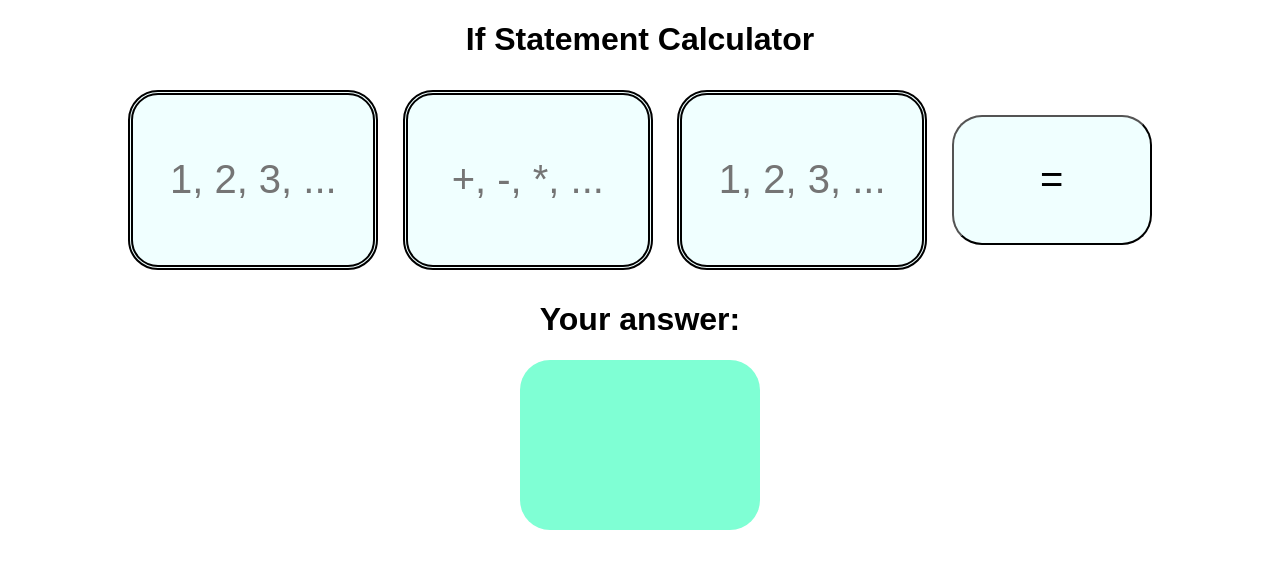
Repository: WesleyErasmus/threeInputCalculator
Page: html/if-calculator.html
These files come from the project's save history. The page is drawn as it stood at one moment and after the next save; the edit follows.
The browser window is 1280 px wide. The pictures show the whole page.

Above is the page before, as saved 2022-04-27 22:23:47.

### html/if-calculator.html
<!DOCTYPE html>
<html lang="en">
<head>
    <meta charset="UTF-8">
    <meta http-equiv="X-UA-Compatible" content="IE=edge">
    <meta name="viewport" content="width=device-width, initial-scale=1.0">
    <title>JS If Calculator</title>
    <link rel="stylesheet" href="/css/stylesheet.css">
    <script src="/js/if-calculator.js"></script>

</head>
<body>

<center>
    <form onsubmit="return false;">
        <h1>If Statement Calculator</h1>
        <!-- <div class="inputField"> -->
        <!-- <label for="input1">Enter a number</label> -->
         <input id="input1" type="text" name = "input1" placeholder="1, 2, 3, ..."> <!-- input-1 -->
        </div>
        <!-- <div class="inputField"> -->
         <!-- <label for="input3">Enter operator</label> -->
         <input id="input3" type="text" name = "input3" placeholder="+, -, *, ..."> <!-- input-3 (operator) -->
        </div>
        <!-- <div class="inputField"> -->
         <!-- <label for="input2">Enter a number </label> -->
         <input id="input2" type="text" name = "input2" placeholder="1, 2, 3, ..."> <!-- input-2 -->
        </div>
         <button onclick="sum()">=</button>
         <h1>Your answer:</h1>
         <p id="output"></p>
    </form>
</center>
</body>
</html>

### css/stylesheet.css
body {
font-family: sans-serif;
}
form {
display: block;
margin: 0 auto;
}
input {
    background-color: azure;
    width: 200px;
    height: 130px;
    padding: 20px;
    margin: 10px;
    text-align: center;
    font-size: 40px;
    border-radius: 30px;
    border: 5px solid;
    border-style: double;
}
button {
    background-color: azure;
    width: 200px;
    height: 130px;
    padding: 0;
    margin: 10px;
    font-size: 40px;
    border-radius: 30px;
}
p {
    text-align: center !important;
    vertical-align: middle !important;
    margin: 10px;
    width: 200px;
    height: 130px;
    padding: 20px;
    font-size: 75px;
    border-radius: 30px;
    background-color: aquamarine;
}

### js/if-calculator.js
function sum() {
const num1 = document.getElementById("input1").value;
const num2 = document.getElementById("input2").value;
const operator = document.getElementById("input3").value;
const output = document.getElementById("output").value;
  let answer;
  document.getElementById("output").value;
  if (operator == '+') {
    answer = +num1 + +num2;
    document.getElementById("output").innerHTML = answer;
  } else if (operator == '-') {
    answer = num1 - num2;
    document.getElementById("output").innerHTML = answer;
  } else if (operator == '*') {
    answer = num1 * num2;
    document.getElementById("output").innerHTML = answer;
  } else {
    answer = num1 / num2;
    document.getElementById("output").innerHTML = answer;
  }console.log(answer);
}

After the next save:
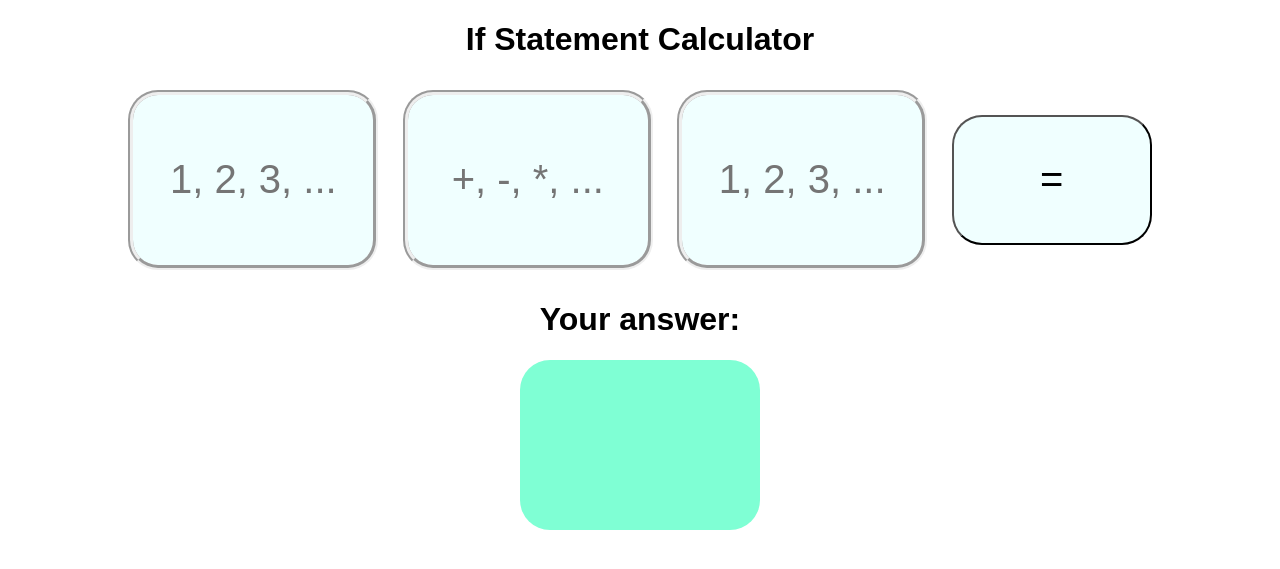
Saved 11 s later.
--- a/css/stylesheet.css
+++ b/css/stylesheet.css
@@ -15,7 +15,7 @@ input {
     font-size: 40px;
     border-radius: 30px;
     border: 5px solid;
-    border-style: double;
+    border-style:groove;
 }
 button {
     background-color: azure;
